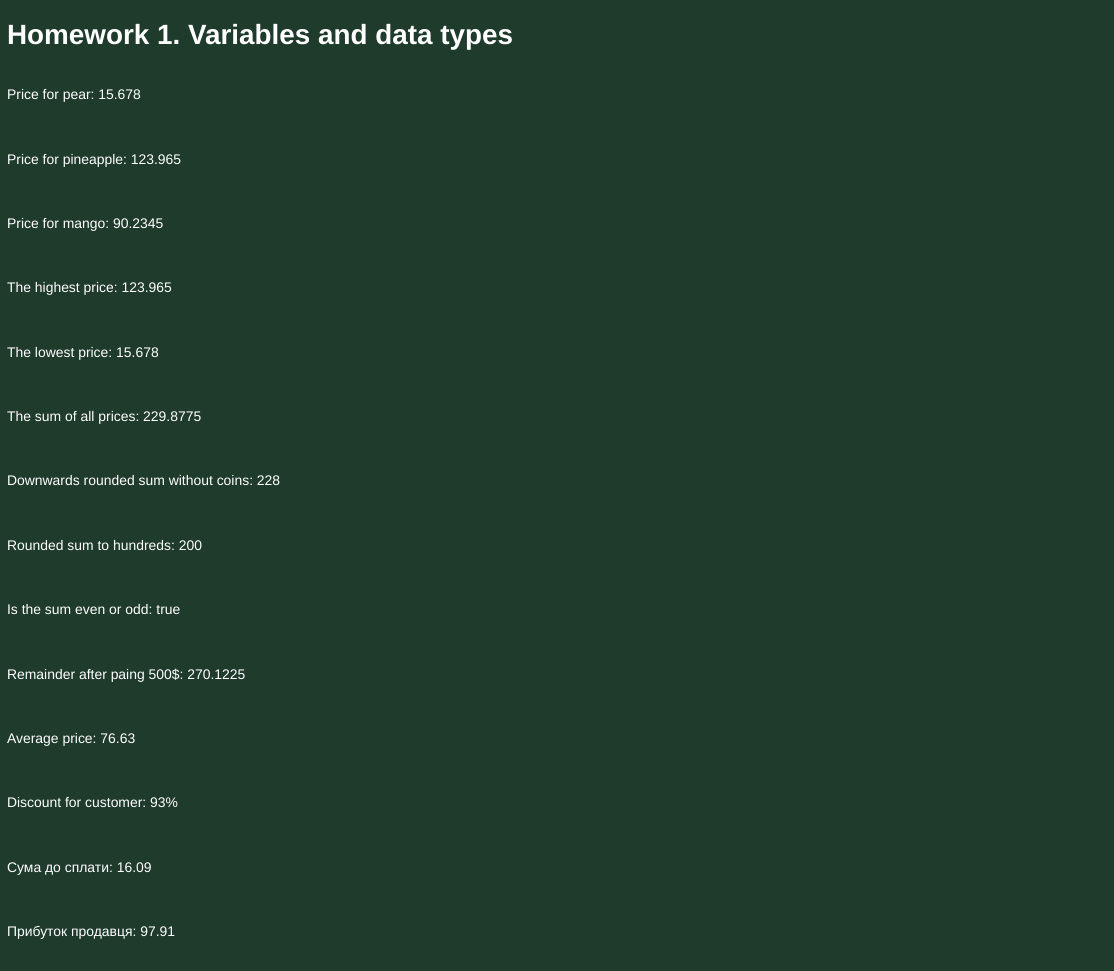
Repository: mariiastetsko/cursor-js-hw
Page: HW1/index.html
The author's editor kept a copy of each file at every save. The page is drawn from the files as they stood at one save, then again after a run of saves.
The browser window is 1280 px wide. The pictures show the whole page, at 87% of full size.

Above is the page before, as saved 2020-07-22 22:53:23.

### HW1/index.html
<!DOCTYPE html>
<html lang="en">
  <head>
    <meta charset="UTF-8" />
    <meta name="viewport" content="width=device-width, initial-scale=1.0" />
    <title>HW1. Variables and data types</title>
    <style>
      body {background-color: #1f3b2c;
    color: #fff;
font-family: Helvetica, sans-serif;}
      p {padding: 20px 0;}
    </style>
  </head>
  <body>
    <div>
      <h1>Homework 1. Variables and data types</h1>
      <span id="barvaToHtml"></span>
    </div>
    <script type="text/javascript" src="./script.js"></script>
  </body>
</html>

### HW1/script.js
//Prices for products
const pear = 15.678;
const pineapple = 123.965;
const mango = 90.2345;

//max price
const maxPrice = Math.max(pear, pineapple, mango);
//min price
const minPrice = Math.min(pear, pineapple, mango);

const fruitSum = pear + pineapple + mango;

//downwards rounded sum of the fruit without coins
const sumWithoutCoins = Math.trunc(
  Math.floor(pear) + Math.floor(pineapple) + Math.floor(mango)
);

//round sum to hundreds
const roundedSum = Math.round(fruitSum / 100) * 100;

//proof sum -> even or odd
const isEven = roundedSum % 2 === 0 ? 'true' : 'false';

//remainder after paing 500 euro
const remainder = 500 - fruitSum;

//average price
const average = fruitSum / 3;
const roundedAverage = average.toFixed(2);

const discount = Math.floor(Math.random() * 99) + 1;

const toPay = (fruitSum - (fruitSum * discount) / 100).toFixed(2);

const primecost = sumWithoutCoins / 2;

const netProfit = primecost - toPay;

const output = document.getElementById("barvaToHtml");

output.innerHTML = `
<p>Price for pear: ${pear}</p>
<p>Price for pineapple: ${pineapple}</p>
<p>Price for mango: ${mango}</p>
<p>The highest price: ${maxPrice}</p>
<p>The lowest price: ${minPrice}</p>
<p>The sum of all prices: ${fruitSum}</p>
<p>Downwards rounded sum without coins: ${sumWithoutCoins}</p>
<p>Rounded sum to hundreds: ${roundedSum}</p>
<p>Is the sum even or odd: ${isEven}</p>
<p>Remainder after paing 500$: ${remainder}</p>
<p>Average price: ${roundedAverage}</p>
<p>Discount for customer: ${discount}%</p>
<p>Сума до сплати: ${toPay}</p>
<p>Прибуток продавця: ${netProfit.toFixed(2)}</p>
`;

//document.body.innerHTML

After the next 3 saves:
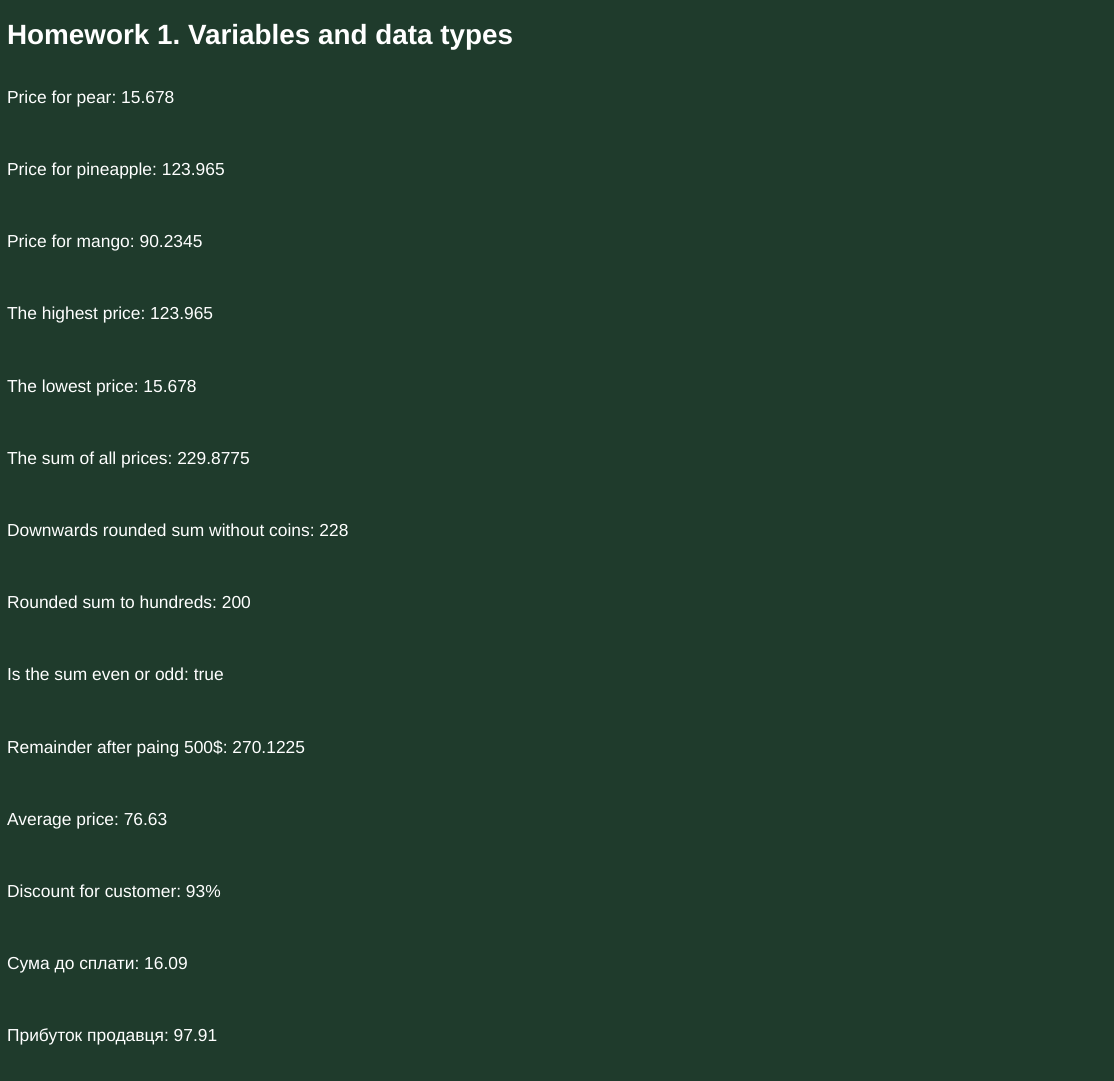
The 3 saves are shown as one change because they came seconds apart.
The last was saved 23 s later.
--- a/HW1/index.html
+++ b/HW1/index.html
@@ -8,7 +8,8 @@
       body {background-color: #1f3b2c;
     color: #fff;
 font-family: Helvetica, sans-serif;}
-      p {padding: 20px 0;}
+      p {padding: 20px 0;
+    font-size: 20px;}
     </style>
   </head>
   <body>
